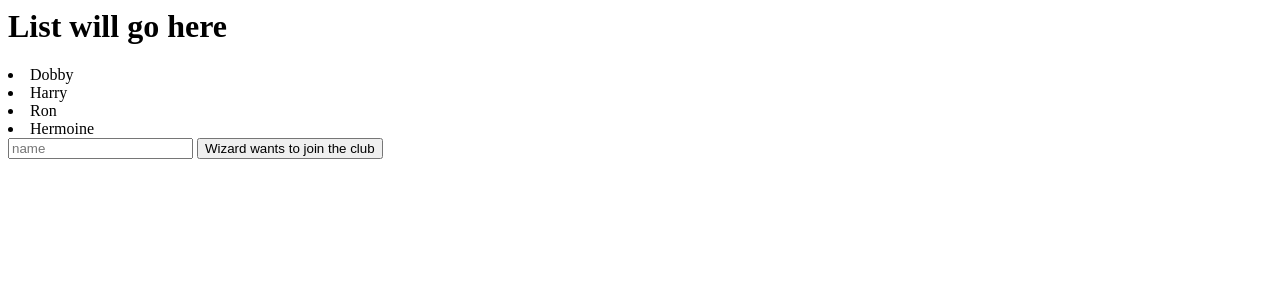
Repository: Oscar6/Udemy-workspace
Page: http://localhost/wizards
The author's editor kept a record of every edit. The page is drawn from the files as they stood at one moment, then again after the next edit.
The browser window is 1280 px wide. The pictures show the whole page.
The page is served by the project's Node server (MoreExpress/PostRequestDemo/app.js).

Above is the page before.

### MoreExpress/PostRequestDemo/views/wizards.ejs
<h1>List will go here</h1>

<% wizards.forEach(function(wizard){ %>
    <li><%= wizard %></li>
<% }); %>

<form action="/addwizard" method="POST">
    <input type ="text" name="newwizard" placeholder="name">
    <button>Wizard wants to join the club</button>
</form>

### MoreExpress/PostRequestDemo/app.js
var express = require("express");
var app = express();
var bodyParser = require("body-parser");

app.use(bodyParser.urlencoded({extended: true}));

app.set("view engine", "ejs");

app.get("/", function(req, res){
    res.render("home");
});

app.post("/addwizard", function(req, res){
    var newWizard = req.body.newwizard;
    res.send("You have arrived at Hogwarts");
});

app.get("/wizards", function(req, res){
    var wizards = ["Dobby", "Harry", "Ron", "Hermoine"];
    res.render("wizards", {wizards: wizards});
});

app.listen(process.env.PORT, process.env.IP, function(argument){
    console.log("Server is working. Cool...");
});

After the next edit:
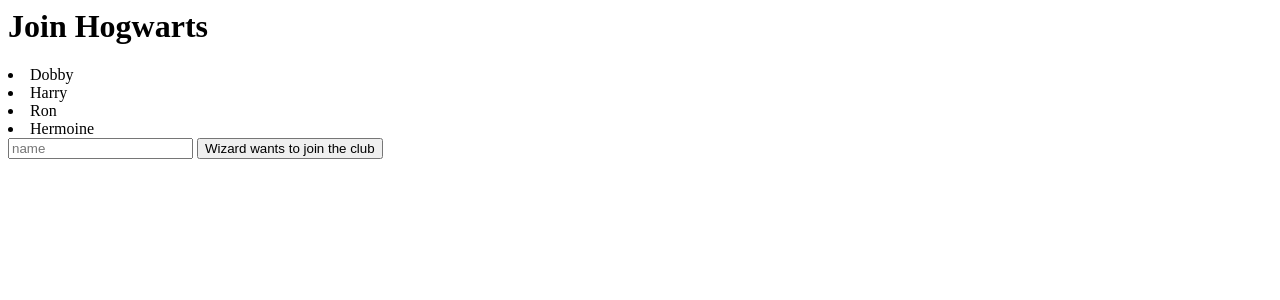
The edit:
--- a/MoreExpress/PostRequestDemo/views/wizards.ejs
+++ b/MoreExpress/PostRequestDemo/views/wizards.ejs
@@ -1,4 +1,4 @@
-<h1>List will go here</h1>
+<h1>Join Hogwarts</h1>
 
 <% wizards.forEach(function(wizard){ %>
     <li><%= wizard %></li>
